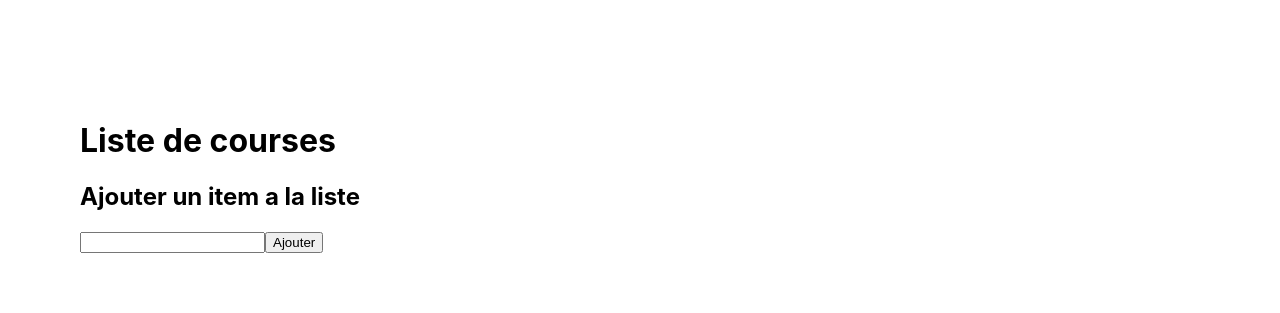
Repository: Retroscilo/partiel-js
Page: /
These files come from the project's save history. The page is drawn as it stood at one moment and after the next save; the edit follows.
The browser window is 1280 px wide. The pictures show the whole page.
The project was rebuilt for these pictures with package versions that can differ from the ones it lists, and the page was loaded fresh each time. Also part of the build but not shown: src/Item.jsx.

Above is the page before, as saved 2022-02-23 09:16:06.

After the next save:
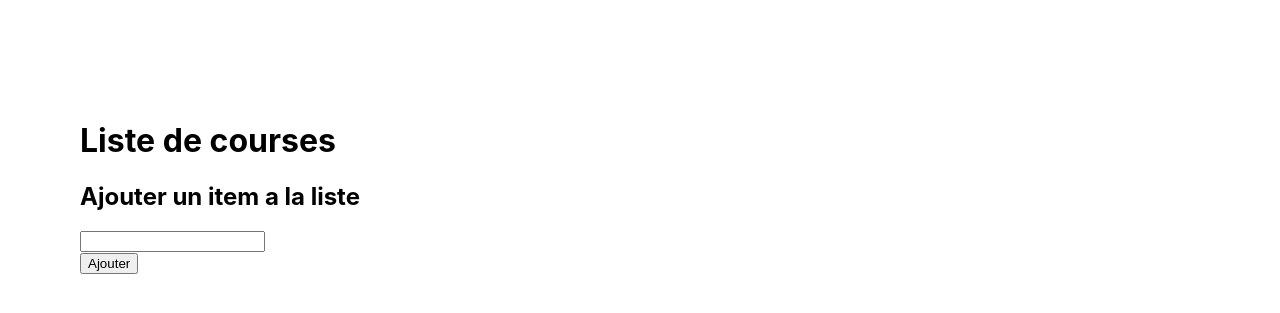
Saved 5 s later.
--- a/src/App.jsx
+++ b/src/App.jsx
@@ -20,7 +20,7 @@ function App() {
       ))}
       <div>
         <h2>Ajouter un item a la liste</h2>
-        <input type="text" onChange={e => setInputValue(e.target.value)} style={{display: 'inline-block'}} />
+        <input type="text" onChange={e => setInputValue(e.target.value)} style={{display: 'block'}} />
         <button onClick={addItem}>Ajouter</button>
       </div>
     </div>
